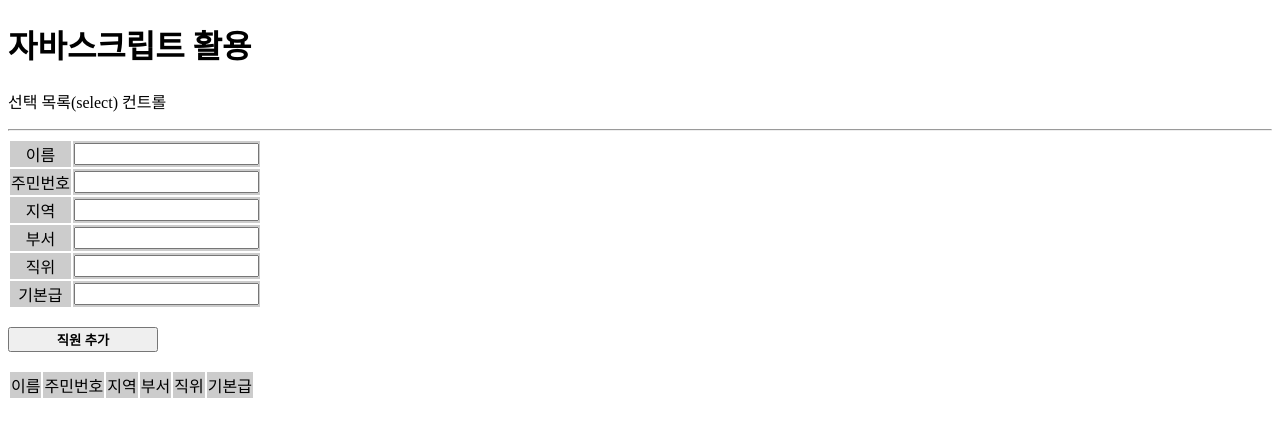
Repository: lolsoyeon/WebStudy
Page: WebApp03/WebContent/Test030.html
These files come from the project's save history. The page is drawn as it stood at one moment and after the next save; the edit follows.
The browser window is 1280 px wide. The pictures show the whole page.

Above is the page before, as saved 2022-10-06 01:34:54.

After the next save:
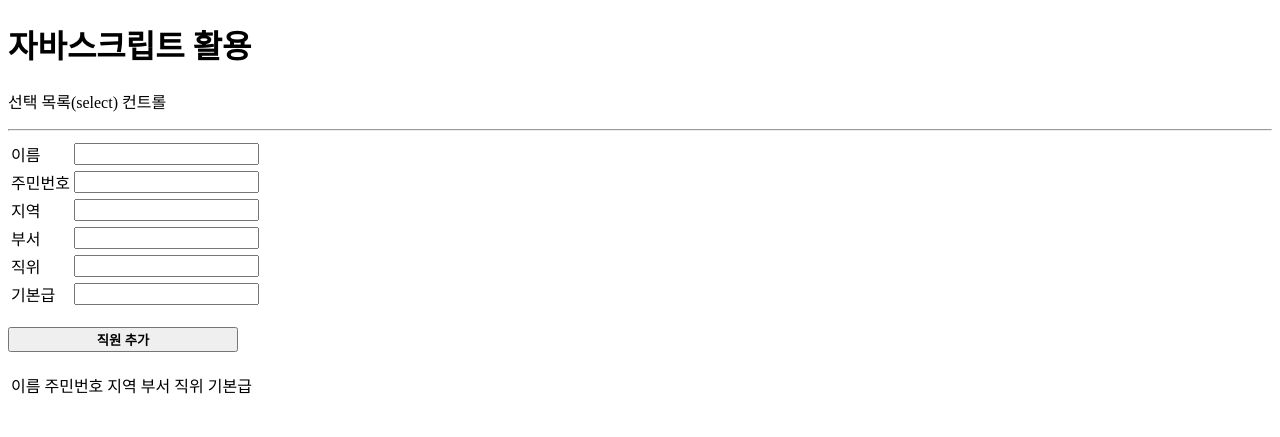
Saved 30 s later.
--- a/WebApp03/WebContent/Test030.html
+++ b/WebApp03/WebContent/Test030.html
@@ -7,14 +7,12 @@
 <style type="text/css">
 	input {font-family: 나눔고딕코딩; font-weight: bold;}
 	input:focus {background-color: #eeeedd;}
-	input.btn {font-weight: bold; font-family: 맑은 고딕;}
+	.btn {width: 150px;}
 	.txt {text-align: right;}
-	.btn {width: 150px;}
-	table {border: "1";}
-	td {background-color: #ccc; text-align: center;}
-	tr {border: "1";}
+	.btn {width: 230px;}
 	textarea { font-family: 나눔고딕코딩; font-weight: bold;}
 	.txt {text-align: center;}
+
 </style>
 
 </head>
